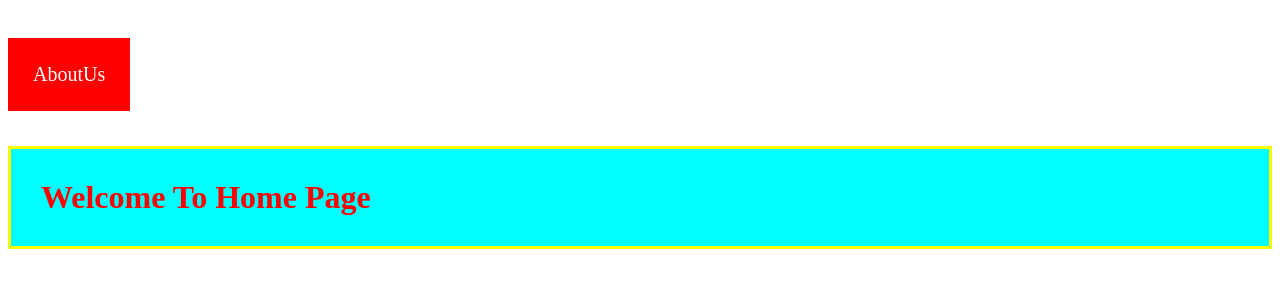
Repository: Raviteja6671/Django
Page: http://localhost/home/
These files come from the project's save history. The page is drawn as it stood at one moment and after the next save; the edit follows.
The browser window is 1280 px wide. The pictures show the whole page.
The page is served by the project's application, run on Django 5.2 (myProject/manage.py). Other server files are loaded and not shown.

Above is the page before, as saved 2025-12-07 20:06:52.

### myProject/basic/templates/home.html
<!DOCTYPE html>
<html lang="en">
<head>
    <meta charset="UTF-8">
    <meta name="viewport" content="width=device-width, initial-scale=1.0">
    <title>Document</title>
    <style>
        h1{
            background-color: aqua;
            color: red;
            border: 3px solid yellow;
            /* display: inline-block; */
            margin-top: 35px;
            padding: 30px;
        }
        a{
            text-decoration: none;
            background-color: red;
            color: white;
            padding: 25px;
            font-size: 20px;
            display: inline-block;
            margin-top: 30px;
        }
    </style>

    <!-- createsuperuser:-
    username = Raviteja_Kodem
    Email = raviteja62@gmail.com
    password = R@vitej@62 -->

</head>
<body>
    <a href="./aboutus.html">AboutUs</a>
    <h1>Welcome To Home Page</h1>
</body>
</html>

### myProject/basic/middleware.py
from django.http import JsonResponse
import re
import json
import jwt
from django.conf import settings

class BasicMiddleware:
    def __init__(self,get_response):
        self.get_response = get_response

    def __call__(self,request):
        print(request,"hello")
        if(request.path=="/student/"):
            print(request.method,"method")
            print(request.path)
        response=self.get_response(request)
        return response

# class signupMiddleware:
#     def __init__(self,get_response):
#         self.get_response = get_response
#     def __call__(self, request):
#         data = json.loads(request.body)
#         username=data.get('username')
#         email=data.get("email")
#         dob=data.get("dob")
#         password=data.get("pswd")


class basicMiddleware:
    def __init__(self, get_response):
        self.get_response = get_response
        # Define the list of specific URLs to monitor
        self.target_urls = [
            "/add_stu/",
            "/students/",
            "/student/",
            "/health/",
        ]

    def __call__(self, request):
        path = request.path
        print(f"Incoming request → {path}")

        if path in self.target_urls or path.startswith("/student/"):
            print("Middleware is Active for this URL")
            print(f"Method Used → {request.method}")
            print(f"Full Path → {path}")

            # Exp1 Block POST requests for testing
            if path == "/add_stu/" and request.method == "POST":
                print("⚠️ POST request detected on /add_stu/")

            # Exp2 Print user-agent header
            user_agent = request.META.get("HTTP_USER_AGENT", "Unknown")
            print(f"User-Agent: {user_agent}")

        response = self.get_response(request)

        #Exp3 Post-response actions
        if path.startswith("/students/"):
            print("Response successfully returned for student_related URL")

        return response


# 17/11/2025 class task

class SscMiddleware:
    def __init__(self, get_response):
        self.get_response = get_response
    def __call__(self, request):
        if request.path in ["/job1/", "/job2/"]:
            ssc_result = request.GET.get("ssc", "False")
            if ssc_result != "True":
                return JsonResponse({"error": "you should qualify atleast SSC for applying this job"},status=400)
        return self.get_response(request)


class MedicalMiddleware:
    def __init__(self, get_response):
        self.get_response = get_response
    def __call__(self, request):
        if request.path == "/job1/":
            medical_fit_result = request.GET.get("medically_fit", "False")
            if medical_fit_result != "True":
                return JsonResponse(
                    {"error": "your not Medically fit to apply for this job role"},
                    status=400)
        return self.get_response(request)


class AgeMiddleware:
    def __init__(self, get_response):
        self.get_response = get_response
    def __call__(self, request):
        if request.path in ["/job1/", "/job2/"]:
            age = int(request.GET.get("age", 17))
            if age < 18 or age > 25:
                return JsonResponse(
                    {"error": "age must be in between 18 too 25"},
                    status=400)
        return self.get_response(request)





#18/11/2025 class task


class UsernameMiddleware:
    def __init__(self, get_response):
        self.get_response = get_response

    def __call__(self, request):
        if request.path == "/signup/" and request.method == "POST":
            # Read JSON only once
            if not hasattr(request, "json_data"):
                try:
                    request.json_data = json.loads(request.body)
                except:
                    return JsonResponse({"error": "Invalid JSON"}, status=400)
            data = request.json_data
            username = data.get("username", "")
            if not username:
                return JsonResponse({"error": "Username is Required"}, status=400)
            if len(username) < 3 or len(username) > 20:
                return JsonResponse({"error": "Username must be 3 to 20 characters"}, status=400)
            if username[0] in "._" or username[-1] in "._":
                return JsonResponse({"error": "Username cannot start or end with . or _"}, status=400)
            if not re.match(r"^[a-zA-Z0-9._]+$", username):
                return JsonResponse({"error": "Username can contain letters, numbers, . and _ only"}, status=400)
            if ".." in username or "__" in username:
                return JsonResponse({"error": "Username cannot have double dots or double underscores"}, status=400)
        return self.get_response(request)


class EmailMiddleware:
    def __init__(self, get_response):
        self.get_response = get_response

    def __call__(self, request):
        if request.path == "/signup/" and request.method == "POST":
            if not hasattr(request, "json_data"):
                try:
                    request.json_data = json.loads(request.body)
                except:
                    return JsonResponse({"error": "Invalid JSON"}, status=400)
            data = request.json_data
            email = data.get("email", "")
            email_regex = r"^[a-zA-Z0-9._%+-]+@[a-zA-Z0-9.-]+\.[a-zA-Z]{2,}$"
            if not email:
                return JsonResponse({"error": "Email is required"}, status=400)
            if not re.match(email_regex, email):
                return JsonResponse({"error": "Invalid Email format"}, status=400)
        return self.get_response(request)


class PasswordMiddleware:
    def __init__(self, get_response):
        self.get_response = get_response

    def __call__(self, request):
        if request.path == "/signup/" and request.method == "POST":
            if not hasattr(request, "json_data"):
                try:
                    request.json_data = json.loads(request.body)
                except:
                    return JsonResponse({"error": "Invalid JSON"}, status=400)
            data = request.json_data
            password = data.get("password", "")
            password_regex = r"^(?=.*[a-z])(?=.*[A-Z])(?=.*\d)(?=.*[@$!%*#?&._])[A-Za-z\d@$!%*#?&._]{8,}$"
            if not password:
                return JsonResponse({"error": "Password is required"}, status=400)
            if not re.match(password_regex, password):
                return JsonResponse({
                    "error": "Password must contain 8+ characters, uppercase, lowercase, digit, special char"
                }, status=400)
        return self.get_response(request)


class authenticate_middleware():
    def __init__(self,get_response):
        self.get_response  = get_response
    def __call__(self, request):
        if request.path=="/getallusers/":
            token=request.headers.get("Authorization")
            print(token,"token") # prints the bearer <token>
            if not token:
                return JsonResponse({"error":"Authorization token Missing"},status=400)
            token_value=token.split(" ")[1]
            print(token_value,"token_value") # prints ['bearer','<token>']
            try:
                decode_data = jwt.decode(token_value, settings.SECRET_KEY, algorithms=["HS256"])
                print(decode_data,"decoded_data")
                request.token_data = decode_data
            except jwt.ExpiredSignatureError:
                return JsonResponse({"Error":"Token has expired, Please login again"},status=401)
            except jwt.exceptions.InvalidSignatureError:
                return JsonResponse({"error":"invalid token signature"},status=401)

        return self.get_response(request)

### myProject/basic/views.py
from django.shortcuts import render
import json
from django.http import HttpResponse
from django.http import JsonResponse
from django.db import connection
from django.views.decorators.csrf import csrf_exempt
from basic.models import student
from basic.models import Users
from django.conf import settings
import jwt
from datetime import datetime,timedelta
from zoneinfo import ZoneInfo
from django.contrib.auth.hashers import make_password,check_password

# Create your views here.

def sample(request):
    return HttpResponse('hello world')

def sample1(request):
    return HttpResponse('WelCome to Django')

def sampleInfo(request):
    data={"name":"raviteja","age":"22","city":"hyd"}
    # data=[4,6,8]
    return JsonResponse(data)

def dynamicResponse(request):
    name=request.GET.get("name"," Raviteja")
    city=request.GET.get("city","Hyderabad")
    return HttpResponse(f"Hello {name} From {city} !")

def add(request):
    a = int(request.GET.get('a', 8))
    b = int(request.GET.get('b', 9))
    return HttpResponse(f"Addition: {a + b}")

def sub(request):
    a = int(request.GET.get('a', 12))
    b = int(request.GET.get('b', 5))
    return HttpResponse(f"Subtraction: {a - b}")

def mul(request):
    a = int(request.GET.get('a', 18))
    b = int(request.GET.get('b', 4))
    return HttpResponse(f"Multiplication: {a * b}")

def div(request):
    a = int(request.GET.get('a', 8))
    b = int(request.GET.get('b', 6))  # Avoid division by zero default
    try:
        result = a / b
    except ZeroDivisionError:
        return HttpResponse("Error: Division by zero")
    return HttpResponse(f"Division: {result}")

# Health check endpoint
def health(request):
    try:
        with connection.cursor() as c:
            c.execute("SELECT 1")
        return JsonResponse({"status": "ok", "db": "connected"})
    except Exception as e:
        return JsonResponse({"status": "error", "db": str(e)})



# POST - Create new student
@csrf_exempt
def add_student(request):
    print(request.method)
    if request.method == "POST":
        data = json.loads(request.body)
        email = data.get("email")
        # Check if email already exists
        if student.objects.filter(email=email).exists():
            return JsonResponse({"error": "Email already exists"}, status=400)
        # Create new student
        stu = student.objects.create(
            name=data.get("name"),
            age=data.get("age"),
            email=email
        )
        return JsonResponse({"status": "success", "id": stu.id}, status=201)

# GET - Retrieve all students
    elif request.method == "GET":
        result = list(student.objects.values())
        return JsonResponse({"status": "success", "data": result}, status=200)

# DELETE - Delete student by ID
    elif request.method == "DELETE":
        data = json.loads(request.body)
        ref_id = data.get("id")
        try:
            deleting_data = student.objects.filter(id=ref_id).values().first()
            if not deleting_data:
                return JsonResponse({"error": "Student not found"}, status=404)
            student.objects.get(id=ref_id).delete()
            return JsonResponse({
                "status": "deleted",
                "deleted_data": deleting_data
            }, status=200)
        except student.DoesNotExist:
            return JsonResponse({"error": "Student not found"}, status=404)

# PUT - Full update (update all fields)
    elif request.method == "PUT":
        data = json.loads(request.body)
        ref_id = data.get("id")
        try:
            stu = student.objects.get(id=ref_id)
        except student.DoesNotExist:
            return JsonResponse({'error': "Student not found"}, status=404)
        # Check if new email already exists
        new_email = data.get("email")
        if student.objects.filter(email=new_email).exclude(id=ref_id).exists():
            return JsonResponse({"error": "Email already exists"}, status=400)
        stu.name = data.get("name", stu.name)
        stu.age = data.get("age", stu.age)
        stu.email = data.get("email", stu.email)
        stu.save()
        updated_data = student.objects.filter(id=ref_id).values().first()
        return JsonResponse({"status": "full update success", "updated_data": updated_data}, status=200)

# PATCH - Partial update (only update specific fields)
    elif request.method == "PATCH":
        data = json.loads(request.body)
        ref_id = data.get("id")
        try:
            stu = student.objects.get(id=ref_id)
        except student.DoesNotExist:
            return JsonResponse({'error': "Student not found"}, status=404)
        # Update only fields provided in the request
        if "name" in data:
            stu.name = data["name"]
        if "age" in data:
            stu.age = data["age"]
        if "email" in data:
            new_email = data["email"]
            # Check if email already exists
            if student.objects.filter(email=new_email).exclude(id=ref_id).exists():
                return JsonResponse({"error": "Email already exists"}, status=400)
            stu.email = new_email
        stu.save()
        updated_data = student.objects.filter(id=ref_id).values().first()
        return JsonResponse({"status": "partial update success", "updated_data": updated_data}, status=200)

    return JsonResponse({'error': "Unsupported method"}, status=405)



# 11/11/2025 task operations

def get_all_students(request):
    students = student.objects.all()
    data = list(students.values())
    return JsonResponse(data, safe=False)

def get_student_by_id(request, id):
    try:
        s = student.objects.get(id=id)
        data = {'id': s.id, 'name': s.name, 'age': s.age, 'email': s.email}
        return JsonResponse(data)
    except student.DoesNotExist:
        return JsonResponse({'error': 'Student not found'}, status=404)

def filter_students_age_gte_20(request):
    students = student.objects.filter(age__gte=20)
    data = list(students.values())
    return JsonResponse(data, safe=False)

def filter_students_age_lte_25(request):
    students = student.objects.filter(age__lte=25)
    data = list(students.values())
    return JsonResponse(data, safe=False)

def get_unique_ages(request):
    ages = student.objects.values_list('age', flat=True).distinct()
    return JsonResponse(list(ages), safe=False)

def count_total_students(request):
    total = student.objects.count()
    return JsonResponse({'total_students': total})


def job1(request):
    return JsonResponse({"message":"You have successfully applied for job1"},status=200)

def job2(request):
    return JsonResponse({"Message":"you have successfully applied for job2"},status=200)



# 18/11/2025 class

@csrf_exempt               #POST OPERATION
def signUp(request):
    if request.method == "POST":
        data = request.json_data   # <-- use this

        username = data.get("username")
        email = data.get("email")
        password =make_password(data.get("password"))

        if not username or not email or not password:
            return JsonResponse({"Message": "All fields are required"}, status=400)

        user = Users.objects.create(
            username=username,
            email=email,
            password=password
        )

        return JsonResponse({"Message": "User Registered", "id": user.id}, status=200)

    return JsonResponse({"Message": "Invalid Request Method"}, status=405)


@csrf_exempt                              # GET OPERATION
def getUsers(request):
    if request.method == "GET":
        users = Users.objects.all()

        data = []
        for user in users:
            data.append({
                "id": user.id,
                "username": user.username,
                "email": user.email,
                "password": user.password   # If you want to hide password, tell me
            })

        return JsonResponse({"users": data}, status=200)

    return JsonResponse({"Message": "Invalid Request Method"}, status=405)



@csrf_exempt                            # DELETE OPERATION
def deleteUser(request, id):
    if request.method == "DELETE":
        try:
            user = Users.objects.get(id=id)
            user.delete()
            return JsonResponse({"Message": "User Deleted Successfully", "id": id}, status=200)
        except Users.DoesNotExist:
            return JsonResponse({"Message": "User Not Found"}, status=404)

    return JsonResponse({"Message": "Invalid Request Method"}, status=405)


# @csrf_exempt
# def login(request):
#     if request.method=="POST":
#         data=request.POST
#         print(data)
#         username=data.get('username')
#         password=data.get("password")
#         try:
#             user=Users.objects.get(username=username)
#             if check_password(password,user.password):
#                 token="a json web token"

#                 return JsonResponse({"status":"successfully Loggedin","token":token},status=200)
#             else:
#                 return JsonResponse({"status":"failure","message":"invalid password"},status=400)
#         except Users.DoesNotExist:
#             return JsonResponse({"status":"failure","message":"user not found"},status=400)

@csrf_exempt
def login(request):
    if request.method == "POST":
        data = request.POST
        username = data.get("username")
        password = data.get("password")

        try:
            user = Users.objects.get(username=username)
            issued_time=datetime.now(ZoneInfo("Asia/Kolkata"))
            expired_time=issued_time+timedelta(minutes=50)
            if password == user.password:
                # token="a json web token"
                payload = {
                    "username": user.username,
                    "email": user.email,
                    "id": user.id,
                    "exp":expired_time
                }
                #creating jwt token
                token = jwt.encode(payload, settings.SECRET_KEY, algorithm="HS256")
                return JsonResponse({"status": "successfully Loggedin", "token": token,"issued_at":issued_time,"Token_expired_at":expired_time,"Token_expires_in-Minitues_is":int((expired_time-issued_time).total_seconds()/60)}, status=200)
            else:
                return JsonResponse({"status": "failure", "message": "invalid password"}, status=400)
        except Users.DoesNotExist:
            return JsonResponse({"status": "failure", "message": "user not found"}, status=400)



@csrf_exempt
def check(request):
    hashed="pbkdf2_sha256$1000000$oWRnje0wvfd1GDEWVxl1cH$ISOcbGnboV91VHZ9hLKmh+kOIwxLHACntmEfaRKMd+4="
    ipdata=request.POST
    print(ipdata)
    #hashed=make_password(ipdata.get('ip'))
    x=check_password(ipdata.get("ip"),hashed)
    print(x)
    return JsonResponse({"status":"success","data":x},status=200)


@csrf_exempt
def getAllUsers(request):
    if request.method == "GET":
        users = list(Users.objects.values())
        print(request.token_data, "token_data in view")
        print(request.token_data.get("username"), "username from token")
        print(users, "users list")
        token_username = request.token_data.get("username")
        usernames = [u["username"] for u in users]
        if token_username not in usernames:
            return JsonResponse({"error": "unauthorized access"}, status=401)
        return JsonResponse({"status": "success", "data": users}, status=200)

    return JsonResponse({"status": "failed", "message": "Only GET method allowed"}, status=400)


def home(request):
    return render(request,'home.html')

def aboutus(request):
    return render(request,'aboutus.html')

### myProject/myProject/urls.py
"""
URL configuration for myProject project.

The `urlpatterns` list routes URLs to views. For more information please see:
    https://docs.djangoproject.com/en/5.1/topics/http/urls/
Examples:
Function views
    1. Add an import:  from my_app import views
    2. Add a URL to urlpatterns:  path('', views.home, name='home')
Class-based views
    1. Add an import:  from other_app.views import Home
    2. Add a URL to urlpatterns:  path('', Home.as_view(), name='home')
Including another URLconf
    1. Import the include() function: from django.urls import include, path
    2. Add a URL to urlpatterns:  path('blog/', include('blog.urls'))
"""
from django.contrib import admin
from django.urls import path
from basic.views import sample
from basic.views import sample1
from basic.views import sampleInfo
from basic.views import dynamicResponse
from basic.views import add, sub, mul, div, health, add_student, check, login, getAllUsers, home, aboutus
from basic.views import get_all_students, get_student_by_id, filter_students_age_gte_20,  filter_students_age_lte_25, get_unique_ages, count_total_students
from basic.views import job1,job2,signUp
from basic import views

urlpatterns = [
    path('admin/', admin.site.urls),
    path('greet/',sample),
    path('53r54r/',sample1),
    path('info/',sampleInfo),
    path('name/',dynamicResponse),
    path('add/', add),
    path('sub/', sub),
    path('mul/', mul),
    path('div/', div),
    path('health/',health),
    path('add_stu/',add_student),
    path('job1/',job1),
    path('job2/',job2),
    path('check/',check),
    path('login/',login),
    path('getallusers/',getAllUsers),
    path("signup/", views.signUp),
    path("get-users/", views.getUsers),
    path("delete-user/<int:id>/", views.deleteUser),
    path('home/',home),
    path('aboutus/',aboutus),


    path('students/', get_all_students, name='get_all_students'),
    path('student/<int:id>/', get_student_by_id, name='get_student_by_id'),
    path('students/age_gte_20/', filter_students_age_gte_20, name='filter_students_age_gte_20'),
    path('students/age_lte_25/', filter_students_age_lte_25, name='filter_students_age_lte_25'),
    path('students/unique_ages/', get_unique_ages, name='get_unique_ages'),
    path('students/count/', count_total_students, name='count_total_students'),
]

After the next save:
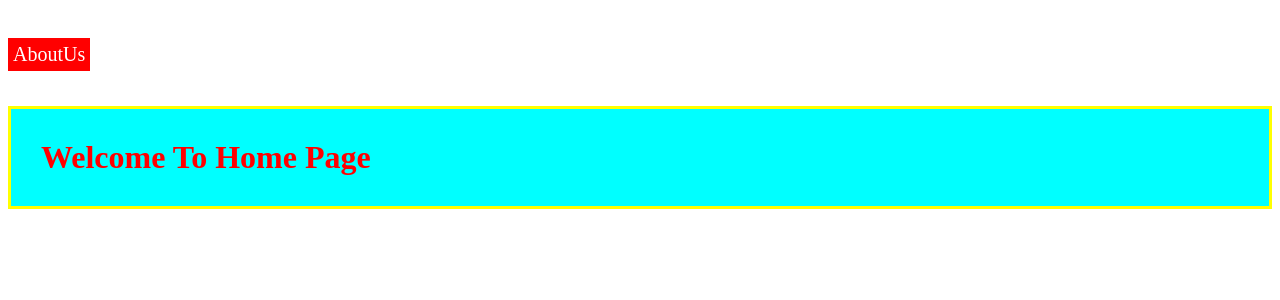
Saved 17 s later.
--- a/myProject/basic/templates/home.html
+++ b/myProject/basic/templates/home.html
@@ -17,7 +17,7 @@
             text-decoration: none;
             background-color: red;
             color: white;
-            padding: 25px;
+            padding: 5px;
             font-size: 20px;
             display: inline-block;
             margin-top: 30px;
